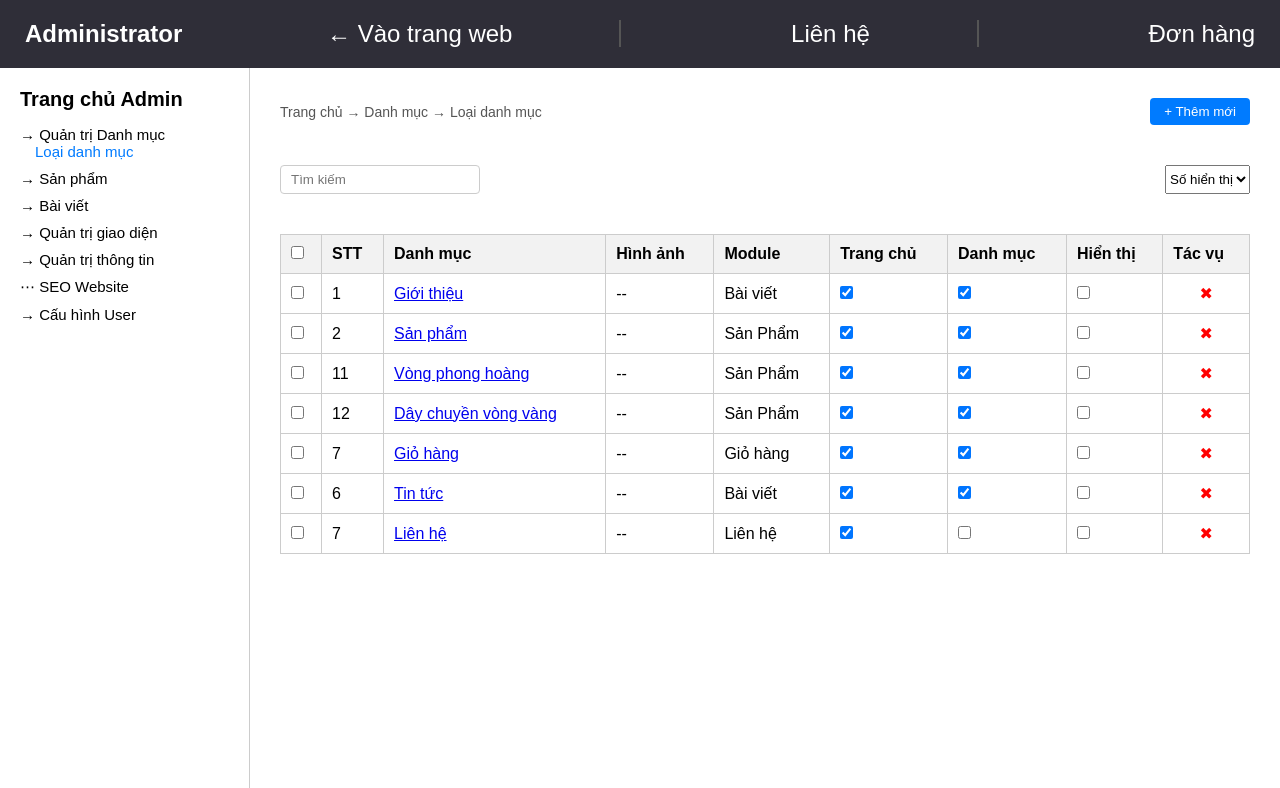
Repository: TranTanDat0606/Du-An-1
Page: Admin]/admin.html
The author's editor kept a copy of each file at every save. The page is drawn from the files as they stood at one save, then again after a run of saves.
The browser window is 1280 px wide. The pictures show the whole page.

Above is the page before, as saved 2025-07-30 15:31:28.

### Admin]/admin.html
<!DOCTYPE html>
<html lang="vi">
<head>
    <meta charset="UTF-8" />
    <meta name="viewport" content="width=device-width, initial-scale=1.0"/>
    <title>Quản lý danh mục</title>
    <link rel="stylesheet" href="admin.css" />
</head>
<body>
    <header class="topbar">
    <div class="topbar-left">Administrator</div>
    <div class="topbar-right">
    <a href="#">← Vào trang web</a>
    <a href="#">Liên hệ</a>
    <a href="#">Đơn hàng</a></div>
</header>
    <div class="admin-container">
    <aside class="sidebar">
    <h2>Trang chủ Admin</h2>
    <ul>
        <li>→ Quản trị Danh mục
    <ul class="submenu">
            <li><a href="#">Loại danh mục</a></li>
    </ul>
        </li>
        <li>→ Sản phẩm</li>
        <li>→ Bài viết</li>
        <li>→ Quản trị giao diện</li>
        <li>→ Quản trị thông tin</li>
        <li>⋯ SEO Website</li>
        <li>→ Cấu hình User</li>
    </ul>
    </aside>
    <main class="main-content">
    <div class="header-bar">
        <span class="breadcrumbs">Trang chủ → Danh mục → Loại danh mục</span>
        <button class="btn-new">+ Thêm mới</button>
    </div>

    <div class="table-toolbar">
        <input type="text" class="search-input" placeholder="Tìm kiếm" />
        <select>
    <option>Số hiển thị</option>
        </select>
    </div>
    <table>
        <thead>
    <tr>
            <th><input type="checkbox" /></th>
            <th>STT</th>
            <th>Danh mục</th>
            <th>Hình ảnh</th>
            <th>Module</th>
            <th>Trang chủ</th>
            <th>Danh mục</th>
            <th>Hiển thị</th>
            <th>Tác vụ</th>
    </tr>
        </thead>
        <tbody>
    <tr>
            <td><input type="checkbox" /></td>
            <td>1</td>
            <td><a href="#">Giới thiệu</a></td>
            <td>--</td>
            <td>Bài viết</td>
            <td><input type="checkbox" checked /></td>
            <td><input type="checkbox" checked /></td>
            <td><input type="checkbox" /></td>
            <td class="text-danger">✖</td>
    </tr>
    <tr>
            <td><input type="checkbox" /></td>
            <td>2</td>
            <td><a href="#">Sản phẩm</a></td>
            <td>--</td>
            <td>Sản Phẩm</td>
            <td><input type="checkbox" checked /></td>
            <td><input type="checkbox" checked /></td>
            <td><input type="checkbox" /></td>
            <td class="text-danger">✖</td>
    </tr>
    <tr>
        <td><input type="checkbox" /></td>
        <td>11</td>
        <td><a href="#">Vòng phong hoàng</a></td>
        <td>--</td>
        <td>Sản Phẩm</td>
        <td><input type="checkbox" checked /></td>
        <td><input type="checkbox" checked /></td>
        <td><input type="checkbox" /></td>
        <td class="text-danger">✖</td>
    </tr>
    <tr>
        <td><input type="checkbox" /></td>
        <td>12</td>
        <td><a href="#">Dây chuyền vòng vàng</a></td>
        <td>--</td>
        <td>Sản Phẩm</td>
        <td><input type="checkbox" checked /></td>
        <td><input type="checkbox" checked /></td>
        <td><input type="checkbox" /></td>
        <td class="text-danger">✖</td>
    </tr>
    <tr>
        <td><input type="checkbox" /></td>
        <td>7</td>
        <td><a href="#">Giỏ hàng</a></td>
        <td>--</td>
        <td>Giỏ hàng</td>
        <td><input type="checkbox" checked /></td>
        <td><input type="checkbox" checked /></td>
        <td><input type="checkbox" /></td>
        <td class="text-danger">✖</td>
    </tr>
    <tr>
        <td><input type="checkbox" /></td>
        <td>6</td>
        <td><a href="#">Tin tức</a></td>
        <td>--</td>
        <td>Bài viết</td>
        <td><input type="checkbox" checked /></td>
        <td><input type="checkbox" checked /></td>
        <td><input type="checkbox"/></td>
        <td class="text-danger">✖</td>
    </tr>
    <tr>
        <td><input type="checkbox" name="" id=""></td>
        <td>7</td>
        <td><a href="#"> Liên hệ </a></td>
        <td>--</td>
        <td>Liên hệ</td>
        <td><input type="checkbox" checked></td>
        <td><input type="checkbox"></td>
        <td><input type="checkbox"></td>
        <td class="text-danger">✖</td>
    </tr>
        </tbody>
    </table>
    </main>
    </div>
</body>
</html>

### Admin]/admin.css
* {
    margin: 0;
    padding: 0;
    box-sizing: border-box;
    font-family: sans-serif;
}
/* header */
/* Topbar admin */
.topbar {
    background-color: #2f2e38;
    color: white;
    display: flex;
    justify-content: space-between;
    align-items: center;
    padding: 20px 25px;
    font-size: 24px;
}

.topbar-left {
    font-weight: bold;
}

.topbar-right a {
    color: white;
    text-decoration: none;
    margin-left: 100px;
    border-left: 2px solid #555;
    padding-left: 170px
}

.topbar-right a:first-child {
    border-left: none;
    padding-left: 0;
}
body {
    background: #f5f5f5;
}

.admin-container {
    display: flex;
    height: 100vh;
}

/* Sidebar */
.sidebar {
    width: 250px;
    background: #fff;
    border-right: 1px solid #ccc;
    padding: 20px;
}

.sidebar h2 {
    margin-bottom: 15px;
    font-size: 20px;
}

.sidebar ul {
    list-style: none;
}

.sidebar li {
    margin-bottom: 10px;
    font-size: 15px;
}

.sidebar .submenu {
    margin-left: 15px;
}

.sidebar a {
    color: #007bff;
    text-decoration: none;
}

/* Main Content */
.main-content {
    flex: 1;
    padding: 30px;
    background: #fff;
}

.header-bar {
    display: flex;
    justify-content: space-between;
    align-items: center;
}

.breadcrumbs {
    color: #555;
    font-size: 14px;
}

.btn-new {
    background: #007bff;
    color: #fff;
    border: none;
    padding: 6px 14px;
    border-radius: 4px;
    cursor: pointer;
}

.table-toolbar {
    margin: 40px 0;
    display: flex;
    justify-content: space-between;
}

.search-input {
    padding: 6px 10px;
    width: 200px;
    border: 1px solid #ccc;
    border-radius: 4px;
}

table {
    width: 100%;
    border-collapse: collapse;
    background: #fff;
}

table th,
table td {
    border: 1px solid #ccc;
    padding: 10px;
    text-align: left;
}

table th {
    background: #f2f2f2;
}

.text-danger {
    color: red;
    text-align: center;
}

After the next 2 saves:
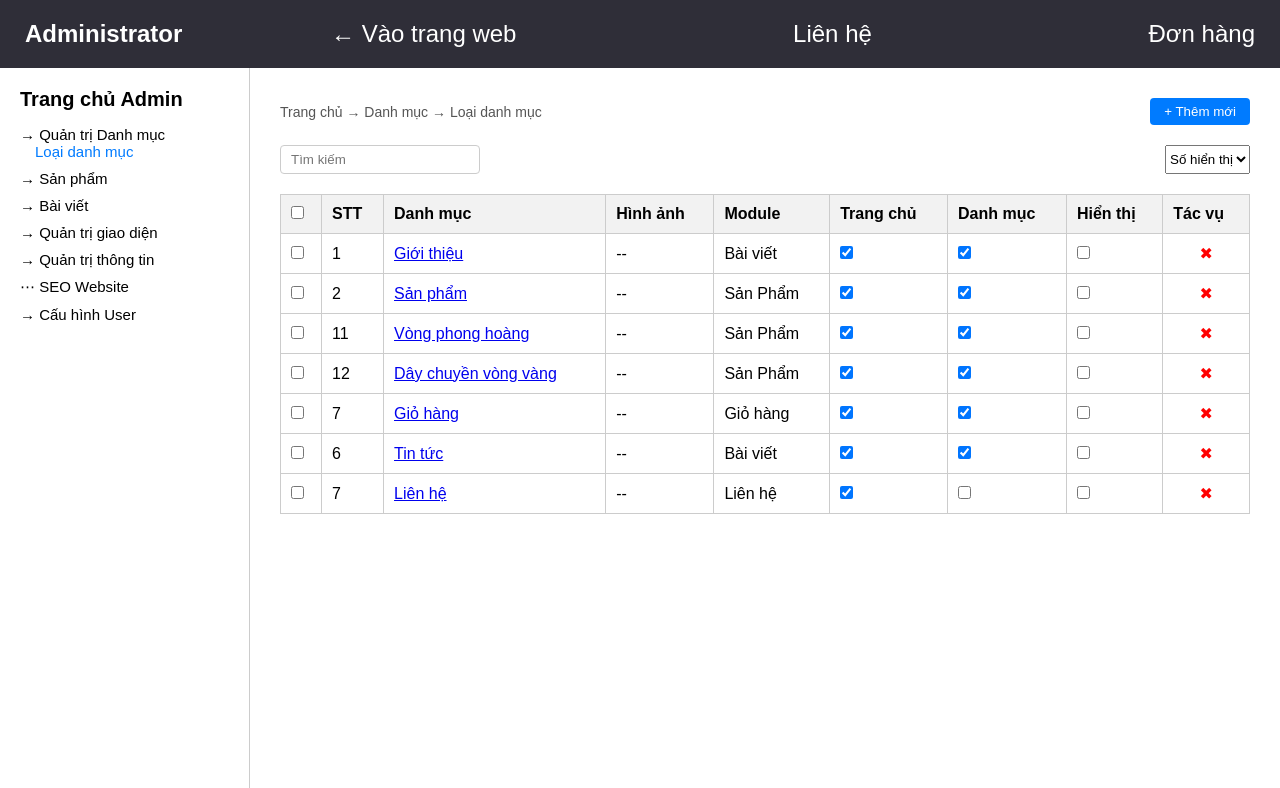
The 2 saves are shown as one change because they came seconds apart.
The last was saved 8 s later.
--- a/Admin]/admin.css
+++ b/Admin]/admin.css
@@ -24,7 +24,7 @@
     color: white;
     text-decoration: none;
     margin-left: 100px;
-    border-left: 2px solid #555;
+    border-left: px solid #555;
     padding-left: 170px
 }
 
@@ -100,7 +100,7 @@ body {
 }
 
 .table-toolbar {
-    margin: 40px 0;
+    margin: 20px 0;
     display: flex;
     justify-content: space-between;
 }
